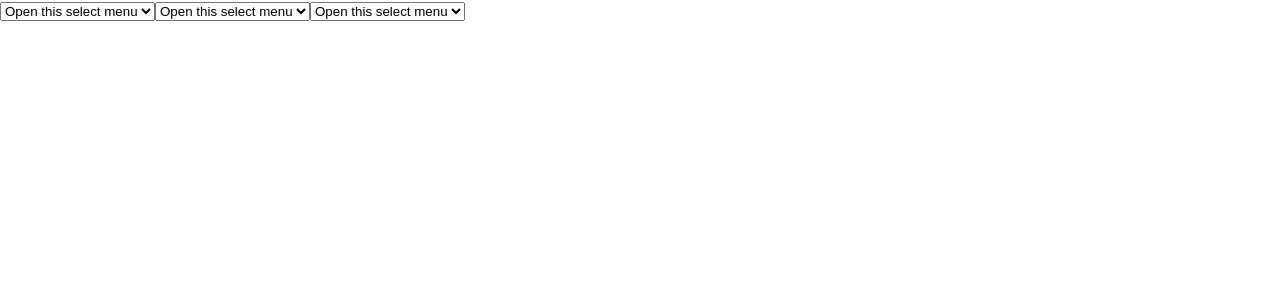
Repository: olahbold/greendoor_project
Page: /
These files come from the project's save history. The page is drawn as it stood at one moment and after a run of saves; the edit follows.
The browser window is 1280 px wide. The pictures show the whole page.
The project was rebuilt for these pictures with package versions that can differ from the ones it lists, and the page was loaded fresh each time.

Above is the page before, as saved 2023-06-21 13:58:12.

### src/App.js

import "./App.css";
import Multipart from "./components/Multipart";

function App() {
  return <div className="App">
    <Multipart/>
  </div>;
}

export default App;

### src/components/Multipart.js
import React from "react";
import { Form } from "react-bootstrap";
export default function Multipart() {
  return (
    <div  style={{display:'flex', flexDirection:'row'}}>
      <div>
        <Form>
          <Form.Select aria-label="Default select example">
            <option>Open this select menu</option>
            <option value="1">One</option>
            <option value="2">Two</option>
            <option value="3">Three</option>
          </Form.Select>
        </Form>
      </div>
      <div>
        <Form>
          <Form.Select aria-label="Default select example">
            <option>Open this select menu</option>
            <option value="1">One</option>
            <option value="2">Two</option>
            <option value="3">Three</option>
          </Form.Select>
        </Form>
      </div>{" "}
      <div>
        <Form>
          <Form.Select aria-label="Default select example">
            <option>Open this select menu</option>
            <option value="1">One</option>
            <option value="2">Two</option>
            <option value="3">Three</option>
          </Form.Select>
        </Form>
      </div>
    </div>
  );
}

Loaded but not shown: public/index.html (common file); src/index.js (common file); src/index.css (common file); src/reportWebVitals.js (common file); src/App.css (common file)

After the next 5 saves:
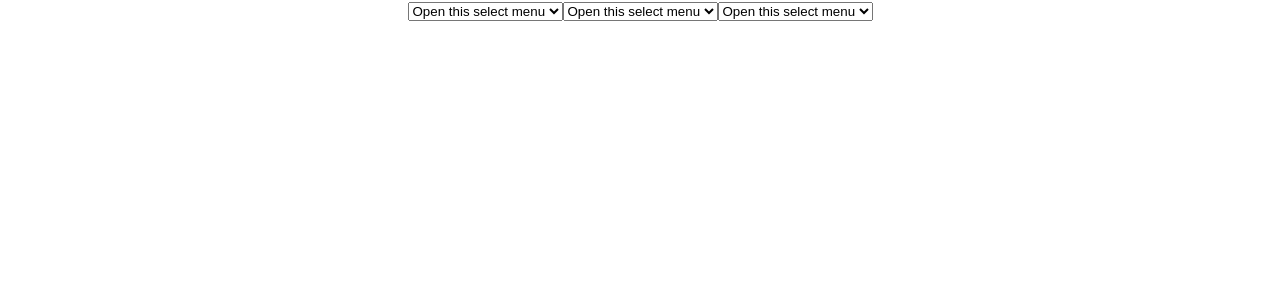
The 5 saves are shown as one change because 1 did not build or start and some came seconds apart.
The last was saved 17 s later.
--- a/src/components/Multipart.js
+++ b/src/components/Multipart.js
@@ -2,7 +2,7 @@ import React from "react";
 import { Form } from "react-bootstrap";
 export default function Multipart() {
   return (
-    <div  style={{display:'flex', flexDirection:'row'}}>
+    <div  style={{display:'flex', flexDirection:'row',justifyContent: 'center'}}>
       <div>
         <Form>
           <Form.Select aria-label="Default select example">
